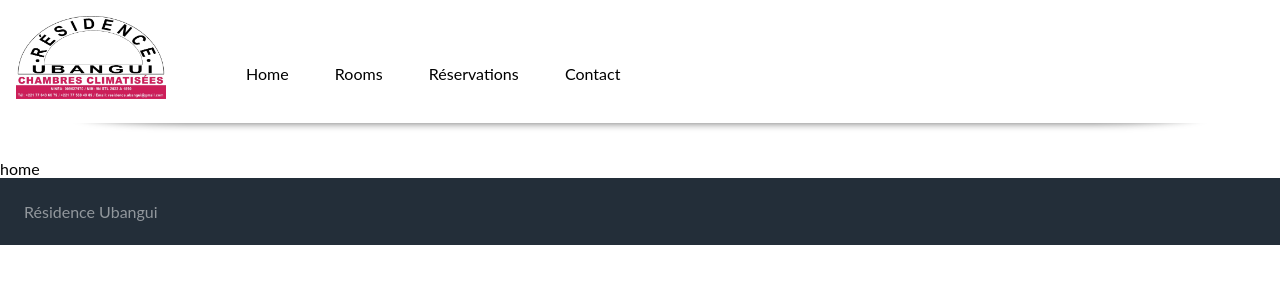
Repository: Nedjim/ubangui
Page: /home
The author's editor kept a copy of each file at every save. The page is drawn from the files as they stood at one save, then again after the next save.
The browser window is 1280 px wide. The pictures show the whole page.
The project was rebuilt for these pictures with package versions that can differ from the ones it lists, and the page was loaded fresh each time. The framework's server and built-in components were replaced by stand-ins that run in the browser. Also part of the build but not shown: nuxt.config.ts, components/Carousel.vue, components/PageTitle.vue, components/Separator.vue, components/Test.vue.

Above is the page before, as saved 2024-01-11 21:15:56.

After the next save:
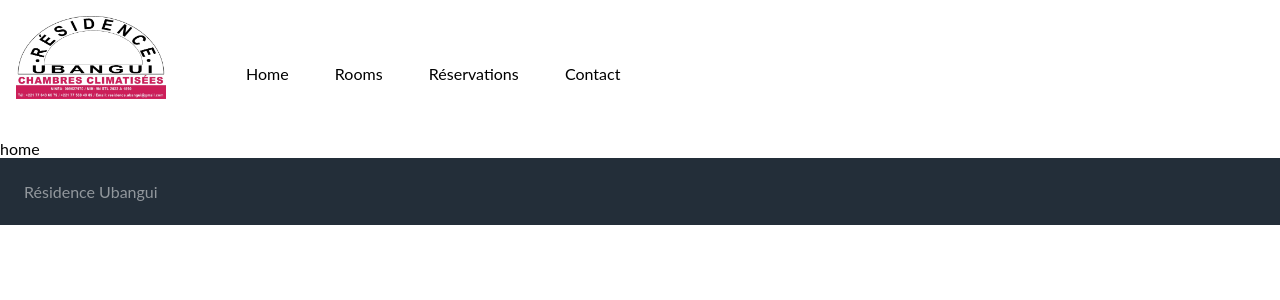
Saved 10 s later.
--- a/components/Header.vue
+++ b/components/Header.vue
@@ -40,19 +40,4 @@
     }
   }
 }
-
-.separador {
-  overflow: hidden;
-  height: 20px;
-}
-
-.separador:after {
-  content: '';
-  display: block;
-  width: 90%;
-  height: 30px;
-	margin: -30px auto 0;
-  border-radius: 120px / 10px;
-  box-shadow: 0px 0px 8px rgba(0,0,0,.6);
-}
 </style>
